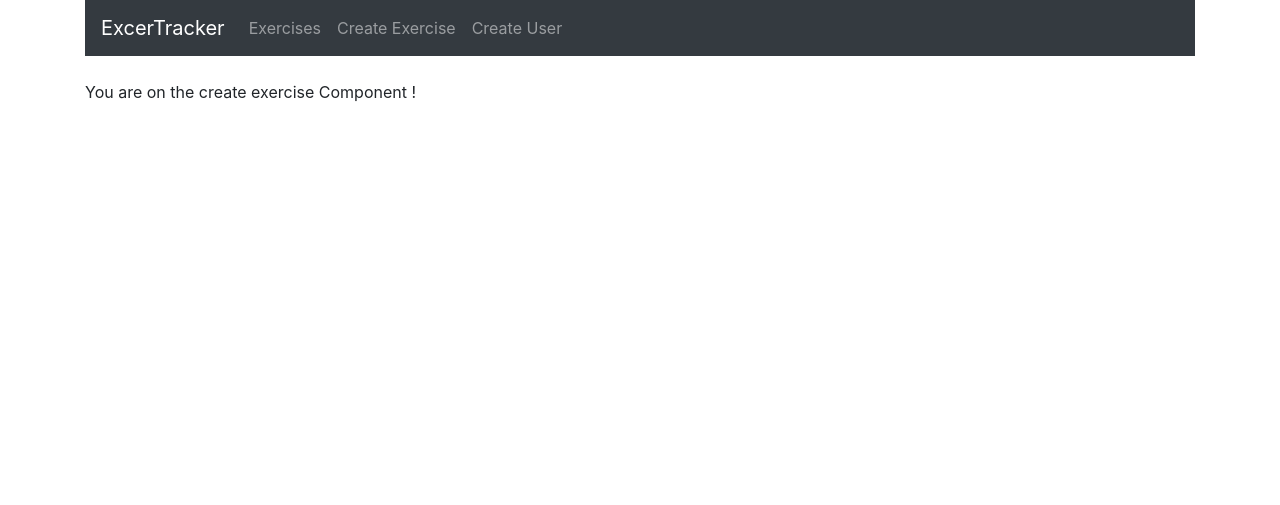
Repository: AnkurDevv/mern-exercise-app
Page: /create
These files come from the project's save history. The page is drawn as it stood at one moment and after a run of saves; the edit follows.
The browser window is 1280 px wide. The pictures show the whole page.
The project was rebuilt for these pictures with package versions that can differ from the ones it lists, and the page was loaded fresh each time. Also part of the build but not shown: src/components/exercise-list.component.js, src/components/edit-exercises.component.js, src/components/create-user.component.js.

Above is the page before, as saved 2019-11-12 23:14:04.

### public/index.html
<!DOCTYPE html>
<html lang="en">

<head>
  <meta charset="utf-8" />
  <link rel="shortcut icon" href="%PUBLIC_URL%/favicon.ico" />
  <meta name="viewport" content="width=device-width, initial-scale=1" />
  <meta name="theme-color" content="#000000" />

  <link rel="manifest" href="%PUBLIC_URL%/manifest.json" />

  <title>Exercise Tracker </title>
</head>

<body>
  <noscript>You need to enable JavaScript to run this app.</noscript>
  <!-- This is where our react app is going to load -->
  <div id="root"></div>

</body>

</html>

### src/index.js
import React from 'react';
import ReactDOM from 'react-dom';
import App from './App';


// Main thing that renders our app
ReactDOM.render(<App />, document.getElementById('root'));

### src/App.js
import React from 'react';
// import logo from './logo.svg';
// importing the route
import { BrowserRouter as Router, Route } from "react-router-dom";
import "bootstrap/dist/css/bootstrap.min.css";

// NOTICE : must import the components before you can use them
import Navbar from "./components/navbar.component.js";
import ExcerciseList from "./components/exercise-list.component";
import EditExcercise from "./components/edit-exercises.component";
import CreateExcercise from "./components/create-exercise.component";
import CreateUser from "./components/create-user.component";

function App() {
  return (
    <div className="container">
      <Router>
        <Navbar />
        <br />
        <Route path="/" exact component={ExcerciseList} />
        {/* ":id" means bound to change */}
        <Route path="/edit/:id" exact component={EditExcercise} />
        <Route path="/create" exact component={CreateExcercise} />
        <Route path="/user" exact component={CreateUser} />
      </Router>
    </div>
  );
}

export default App;

### src/components/navbar.component.js
// you would have to do this for every react component you create
import React, { Component } from 'react';
// Using React Router using link allows us to link to different routes
import { Link } from 'react-router-dom';

// CLASS EXTENDS THE COMPONENT OBJ.
export default class Navbar extends Component {

  render() {
    return (
      // Instead of CLASS we have CLASSNAME
      <nav className="navbar navbar-dark bg-dark navbar-expand-lg">
        {/* NOTE USING <Link> TAG INSTEAD OF <a> TAG HERE
            "To" instead of href
            "ClassName" instead of "Class"
        */}
        <Link to="/" className="navbar-brand">ExcerTracker</Link>
        <div className="collpase navbar-collapse">
          <ul className="navbar-nav mr-auto">
            <li className="navbar-item">
              <Link to="/" className="nav-link">Exercises</Link>
            </li>
            <li className="navbar-item">
              <Link to="/create" className="nav-link">Create Exercise</Link>
            </li>
            <li className="navbar-item">
              <Link to="/user" className="nav-link">Create User</Link>
            </li>
          </ul>
        </div>
      </nav>
    );
  }
}

### src/components/create-exercise.component.js
import React, { Component } from 'react';

export default class CreateExercise extends Component {

  // STEP 1 in creating a component: Add a constructor
  constructor(props) {
    // In JS you need to always start by calling super() when working with a sub-class
    super(props);

    // Making sure that all the this inside methods are refereing to class.
    this.onChangeUsername = this.onChangeUsername.bind(this);
    this.onChangeDescription = this.onChangeDescription.bind(this);
    this.onChangeDuration = this.onChangeDuration.bind(this);
    this.onChangeDate = this.onChangeDate.bind(this);
    this.onSubmit = this.onSubmit.bind(this);

    // all the variables that you want to create goes here
    this.state = {
      username: '',
      description: '',
      duration: 0,
      date: new Date(),
      users: []
    }

  }

  // A react lifecycle method
  // called right before the component is displayed
  componentDidMount() {
    this.setState({
      users: ['test user'],
      username: 'test user'
    })
  }

  onChangeUsername(e) {
    this.setState({
      username: e.target.value
    });
  }


  onChangeDescription(e) {
    this.setState({
      description: e.target.value
    });
  }


  onChangeDuration(e) {
    this.setState({
      duration: e.target.value
    });
  }


  onChangeDate(e) {
    this.setState({
      date: Date
    });
  }

  onSubmit(e) {
    // stop the default HTML form submission behaviour
    e.preventDefault();

    const exercise = {
      username: this.state.username,
      description: this.state.description,
      duration: this.state.duration,
      date: this.state.date
    }

    console.log(exercise);
    // TAKE THE USER BACK TO THE HOME-PAGE
    window.location = '/';
  }

  render() {
    return (
      <div>
        <p>You are on the create exercise Component !</p>
      </div>
    )
  }
}

After the next 2 saves:
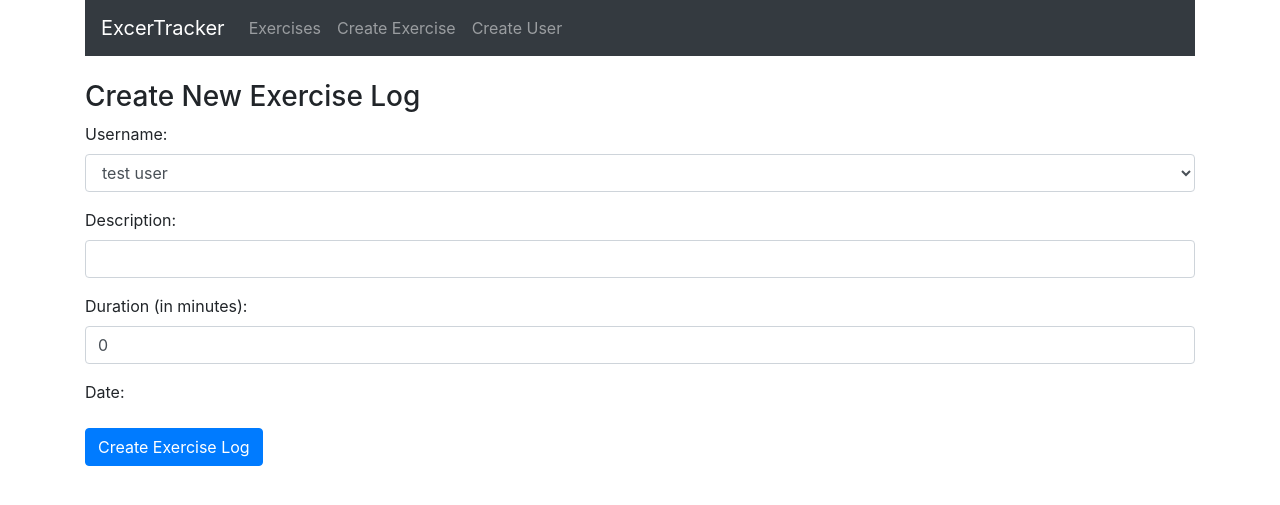
The 2 saves are shown as one change because 1 did not build or start.
The last was saved 108 s later.
--- a/src/components/create-exercise.component.js
+++ b/src/components/create-exercise.component.js
@@ -80,7 +80,57 @@ export default class CreateExercise extends Component {
   render() {
     return (
       <div>
-        <p>You are on the create exercise Component !</p>
+        <h3>Create New Exercise Log</h3>
+        <form onSubmit={this.onSubmit}>
+          <div className="form-group">
+            <label>Username: </label>
+            <select ref="userInput"
+              required
+              className="form-control"
+              value={this.state.username}
+              onChange={this.onChangeUsername}>
+              {
+                this.state.users.map(function (user) {
+                  return <option
+                    key={user}
+                    value={user}>{user}
+                  </option>;
+                })
+              }
+            </select>
+          </div>
+          <div className="form-group">
+            <label>Description: </label>
+            <input type="text"
+              required
+              className="form-control"
+              value={this.state.description}
+              onChange={this.onChangeDescription}
+            />
+          </div>
+          <div className="form-group">
+            <label>Duration (in minutes): </label>
+            <input
+              type="text"
+              className="form-control"
+              value={this.state.duration}
+              onChange={this.onChangeDuration}
+            />
+          </div>
+          <div className="form-group">
+            <label>Date: </label>
+            {/* <div>
+              <DatePicker
+                selected={this.state.date}
+                onChange={this.onChangeDate}
+              />
+            </div> */}
+          </div>
+
+          <div className="form-group">
+            <input type="submit" value="Create Exercise Log" className="btn btn-primary" />
+          </div>
+        </form>
       </div>
     )
   }
